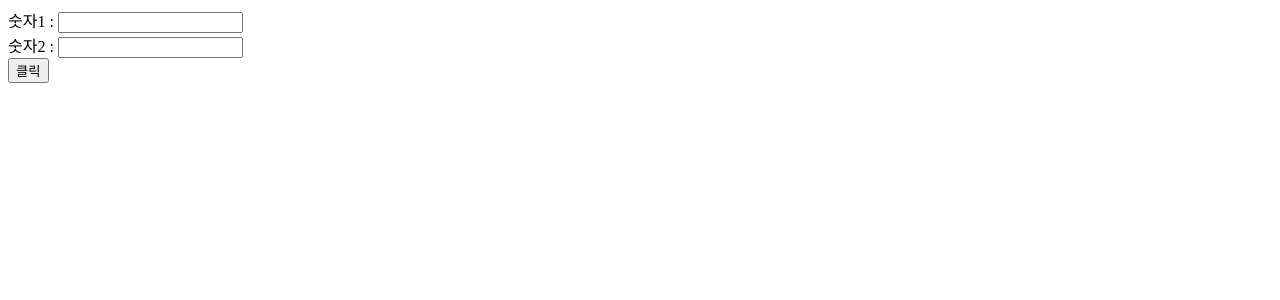
Repository: kimkeng/BackendClass
Page: example/src/main/webapp/js01.html
These files come from the project's save history. The page is drawn as it stood at one moment and after the next save; the edit follows.
The browser window is 1280 px wide. The pictures show the whole page.

Above is the page before, as saved 2023-08-18 01:10:54.

After the next save:
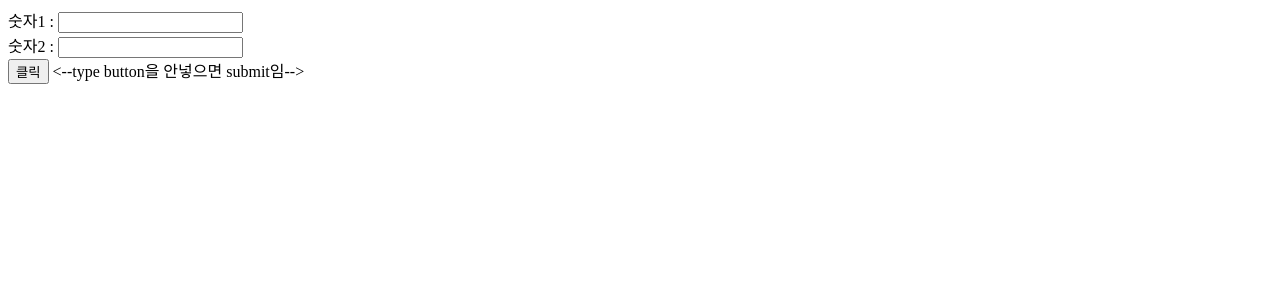
Saved 52 s later.
--- a/example/src/main/webapp/js01.html
+++ b/example/src/main/webapp/js01.html
@@ -17,7 +17,7 @@
 <body>
 숫자1 : <input type="text" id="no1" > <br>
 숫자2 : <input type="text" id="no2" > <br>
-<button type="button" conclick="abc()">클릭</button>
+<button type="button" conclick="abc()">클릭</button> <--type button을 안넣으면 submit임-->
 </body>
 <script>
 	var a = "전역변수";
